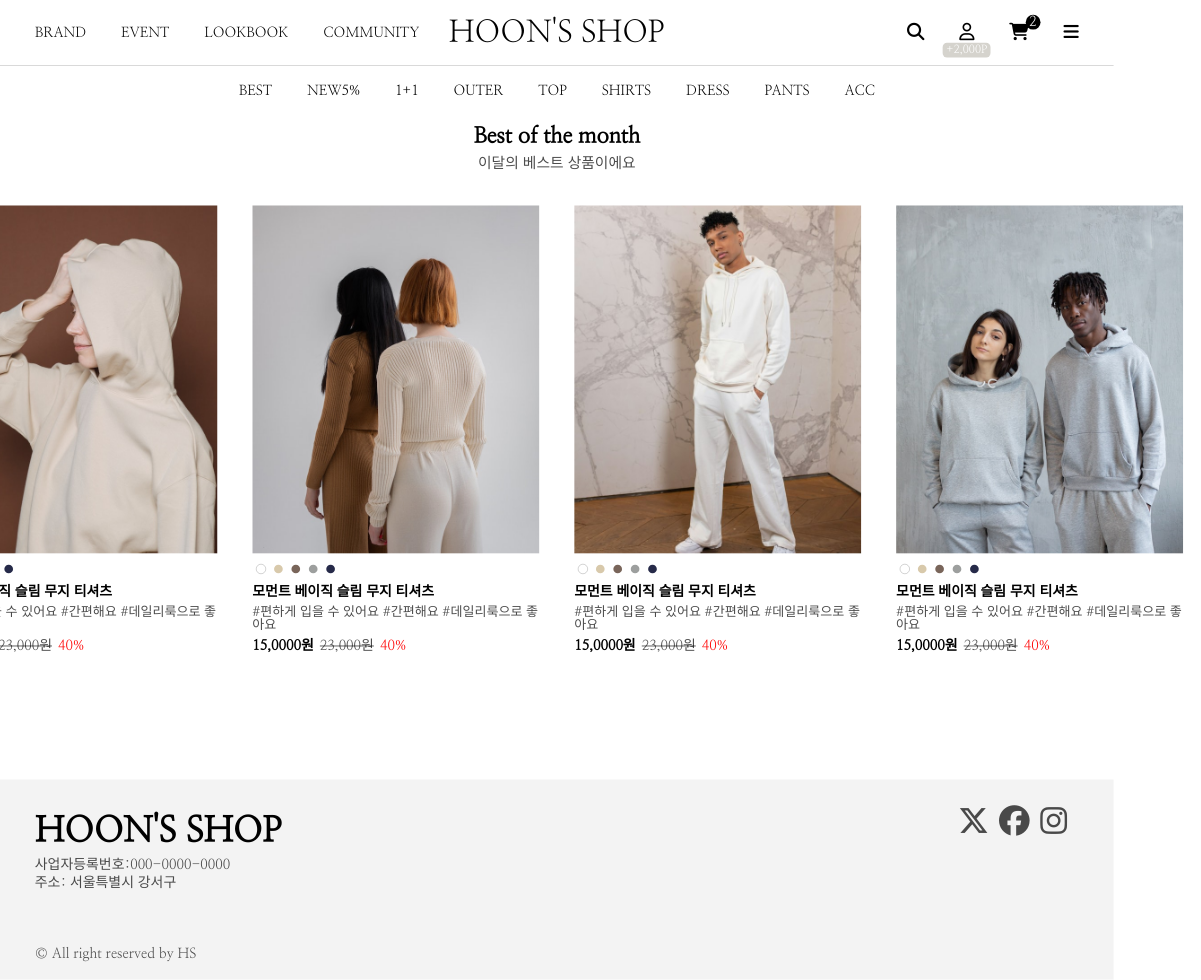
Repository: Iimchaehoon/cafeProject
Page: outer.html
The author's editor kept a copy of each file at every save. The page is drawn from the files as they stood at one save, then again after the next save.
The browser window is 1280 px wide. The page is 1380 px wide, so the pictures cover 1380 px, including what lies to the right of the window. The pictures show the whole page, at 87% of full size.
Some web libraries are served in a nearby version.

Above is the page before, as saved 2024-07-29 21:27:43.

After the next save:
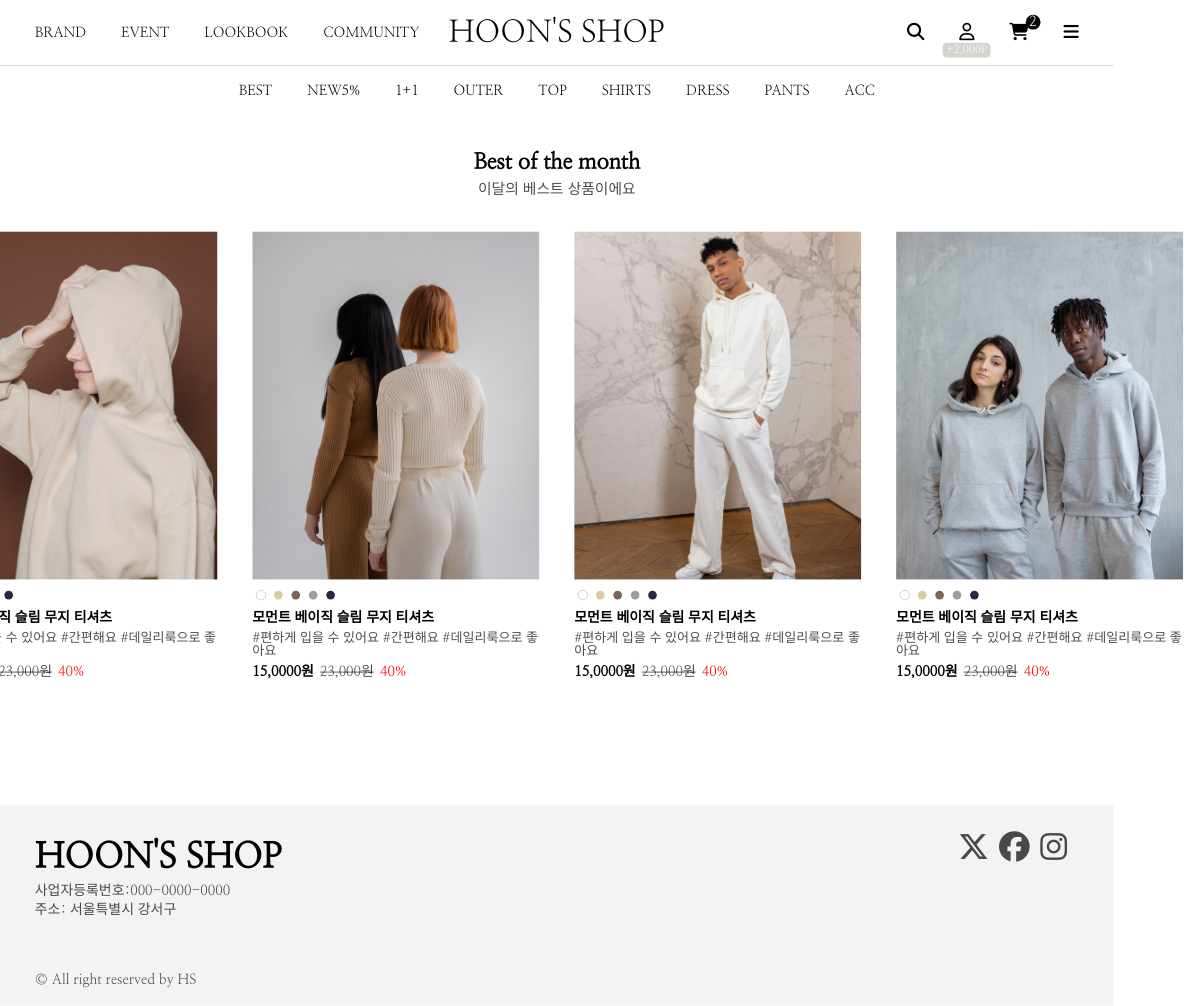
Saved 52 s later.
--- a/src/css/pages/sub-category.css
+++ b/src/css/pages/sub-category.css
@@ -3,3 +3,6 @@
 @import "../components/header.css";
 @import "../components/footer.css";
 @import "../components/product-list.css";
+.main {
+  padding-top: 30px;
+}
